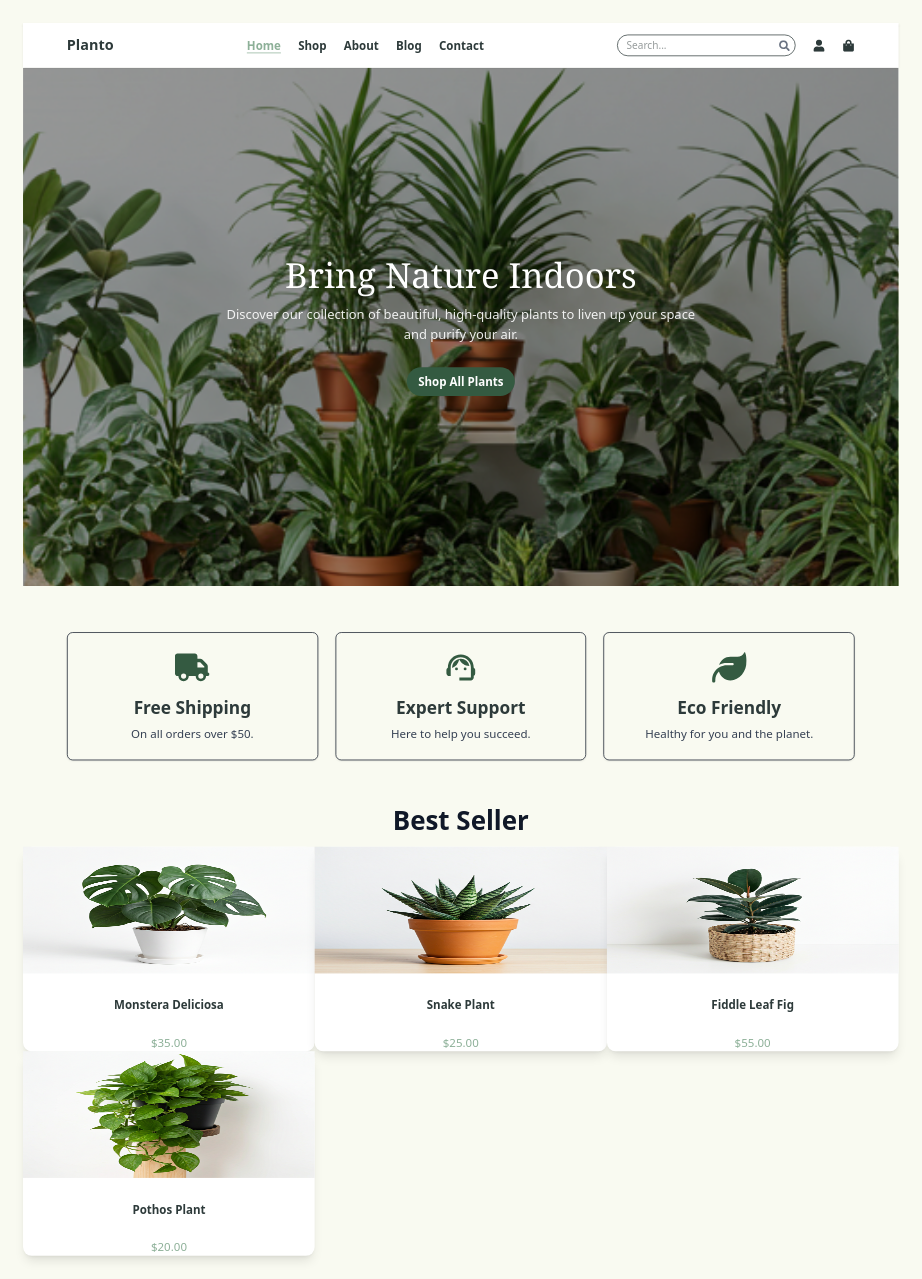
Repository: mazenessam99/Planto
Page: /
The author's editor kept a copy of each file at every save. The page is drawn from the files as they stood at one save, then again after the next save.
The browser window is 1280 px wide. The pictures show the whole page, at 72% of full size.
The project was rebuilt for these pictures with package versions that can differ from the ones it lists, and the page was loaded fresh each time. Also part of the build but not shown: vite.config.js.

Above is the page before, as saved 2025-11-22 23:05:21.

### index.html
<!doctype html>
<html lang="en">
  <head>
    <meta charset="UTF-8" />
    <link rel="icon" type="image/svg+xml" href="/vite.svg" />
    <meta name="viewport" content="width=device-width, initial-scale=1.0" />
    <title>plants_website</title>
  </head>
  <body>
    <div id="root"></div>
    <script type="module" src="/src/main.jsx"></script>
  </body>
</html>

### src/index.css
@import "tailwindcss";
@import "tailwindcss/theme" layer(theme);
@theme {
  --color-primary: #2D3A3A;
  --color-forest:#386641;
  --color-green:#345A41;
  --color-secondary: #8DB098;
  --color-Terracotta: #C27357;
  --color-sky:#B0D0D3;
  --font-cairo: "Cairo", sans-serif;
  --spacing-128: 32rem;
}

/* ----- BASE ----- */
@layer base {
  body {
    @apply  bg-[#F9FAF1] text-gray-900;
  }
}

/* ----- COMPONENTS ----- */
@layer components {
  .btn {
    @apply bg-primary text-white px-4 py-2 rounded-full cursor-pointer ;
  }
  .btn-green{
    @apply bg-green ;
  }

  .card {
    @apply bg-white p-6 rounded-xl shadow;
  }

}
/* Scrollbar width */
::-webkit-scrollbar {
  width: 8px;
}

/* Scrollbar track  */
::-webkit-scrollbar-track {
  background: #2D3A3A;
  border-radius: 8px;
}

/* Scrollbar thumb  */
::-webkit-scrollbar-thumb {
  background-color: #8DB098;
  border-radius: 8px;
}

::-webkit-scrollbar-thumb:hover {
  background-color: #789983;
}

.container{
  width:90%;
  margin:0 auto;
}

### src/App.jsx

import './App.css'
import Button from './components/ui/Button'
import Home from './pages/Home'

function App() {


  return (
    <>
      <Home/>


    </>
  )
}

export default App

### src/components/ui/Button.jsx
const Button = ({ children, className = "",variant="", ...props }) => {
    return (
        <button className={`btn btn-${variant} ${className}`} {...props}>
            {children}
        </button>
    )
}

export default Button

### src/pages/Home.jsx
import BestSeller from '../components/layout/BestSeller'
import DeliveryCard from '../components/layout/DeliveryCard'
import Hero from '../components/layout/Hero'
import Navbar from '../components/layout/Navbar'

const Home = () => {
  return (
    <div>
        <Navbar/>
        <Hero/>
        <DeliveryCard/>
        <BestSeller/>
    </div>
  )
}

export default Home

### src/components/layout/BestSeller.jsx
import React from 'react'
import { BESTSELLER_CARDS } from '../../utils/constants';
import ProductCard from '../ui/ProductCard';

const BestSeller = () => {
  return (
    <section>
        <h2 className="text-4xl text-center font-bold mb-4">Best Seller</h2>
        <div className='grid grid-cols-1 sm:grid-cols-2 lg:grid-cols-3 gap-'>
            {BESTSELLER_CARDS.map((card,index)=>(
                <ProductCard src={card.src} title={card.title} price={card.price}/>
        ))}
        </div>

    </section>
  )
}

export default BestSeller;

### src/components/layout/DeliveryCard.jsx
import { motion } from "framer-motion";
import { DELIVERY_CARDS } from "../../utils/constants";
import { FaTruck, FaLeaf } from "react-icons/fa6";
import { MdSupportAgent } from "react-icons/md";

const icons = {
  truck: <FaTruck />,
  support: <MdSupportAgent />,
  leaf: <FaLeaf />,
};

const DeliveryCards = () => {
  return (
    <section className="container py-16">
      <div className="grid grid-cols-1 sm:grid-cols-2 lg:grid-cols-3 gap-6">
        {DELIVERY_CARDS.map((card, index) => (
          <div key={card.id} className="flex flex-col items-center justify-center text-center p-6 border rounded-lg shadow hover:shadow-lg  transition">
            <div className="text-5xl text-green">
              {icons[card.icon]}
            </div>
            <h3 className="mt-4 mb-2 font-bold text-xl md:text-2xl text-primary">{card.title}</h3>
            <p className="text-gray-700 ">{card.desc}</p>
          </div>
        ))}

      </div>
    </section>
  );
};

export default DeliveryCards;

### src/components/layout/Hero.jsx
import { motion } from "framer-motion";
import HeroImg from "../../assets/images/Hero.png";
import Button from "../ui/Button";

const Hero = () => {
  return (
    <section
      className="relative h-screen overflow-hidden"
    >

      <motion.div
        className="absolute inset-0 bg-cover bg-center"
        style={{ backgroundImage: `url(${HeroImg})` }}
        animate={{ scale: [1, 1.05, 1] }}
        transition={{ duration: 10, repeat: Infinity, ease: "easeInOut" }}
      />

      {/* Overlay */}
      <div className="absolute inset-0 bg-black/40"></div>

      <div className="relative z-10 flex flex-col items-center justify-center h-full px-4 md:px-0 space-y-4 text-center">
        <motion.h1
          initial={{ y: -20, opacity: 0 }}
          animate={{ y: 0, opacity: 1 }}
          transition={{ duration: 0.8 }}
          className="text-white text-2xl md:text-4xl lg:text-5xl font-serif"
        >
          Bring Nature Indoors
        </motion.h1>

        <motion.h2
          initial={{ y: 20, opacity: 0 }}
          animate={{ y: 0, opacity: 1 }}
          transition={{ duration: 0.8, delay: 0.3 }}
          className="text-white/90 text-sm md:text-base lg:text-lg max-w-2xl font-normal"
        >
          Discover our collection of beautiful, high-quality plants to liven up your space and purify your air.
        </motion.h2>

        <motion.div
          initial={{ scale: 0.8, opacity: 0 }}
          animate={{ scale: 1, opacity: 1 }}
          transition={{ duration: 0.5, delay: 0.6 }}
        >
          <Button className="btn-green font-bold mt-4">Shop All Plants</Button>
        </motion.div>
      </div>
    </section>
  );
};

export default Hero;

### src/components/layout/Navbar.jsx
import { useState } from "react";
import { NavLink } from "react-router-dom";
import { NAVBAR_LINKS } from "../../utils/constants";
import { FaBars, FaSearch, FaUser, FaShoppingBag } from "react-icons/fa";
import { IoClose } from "react-icons/io5";
import { motion, AnimatePresence } from "framer-motion";

const Navbar = () => {
    const [menuOpen, setMenuOpen] = useState(false);

    return (
        <nav className="bg-white shadow sticky top-0 z-50 ">
            <div className="container flex justify-between items-center py-4">
                {/* Logo */}
                <a href="/" className="text-primary text-xl font-bold">Planto</a>

                {/* Desktop Links */}
                <ul className="hidden md:flex gap-6 items-center">
                    {NAVBAR_LINKS.map((link) => (
                        <li key={link.id}>
                            <NavLink
                                to={link.path}
                                className={({ isActive }) =>
                                    `text-primary font-semibold transition hover:text-secondary
                                ${isActive ? "text-secondary underline underline-offset-4" : ""}`
                                }
                            >
                                {link.label}
                            </NavLink>
                        </li>
                    ))}
                </ul>

                {/* Desktop Icons + Search */}
                <div className="hidden md:flex gap-6 items-center text-primary">
                    {/* Search input */}
                    <div className="relative">
                        <input
                            type="text"
                            placeholder="Search..."
                            className="border rounded-full pl-3 pr-8 py-1 text-sm focus:outline-none focus:ring-2 focus:ring-secondary"
                        />
                        <FaSearch size={15} className="absolute right-2 top-2 text-gray-500" />
                    </div>

                    <FaUser size={17} className="cursor-pointer hover:text-secondary" />
                    <FaShoppingBag size={17} className="cursor-pointer hover:text-secondary" />
                </div>

                {/* Mobile menu button */}
                <button
                    className="md:hidden text-primary"
                    onClick={() => setMenuOpen(true)}
                    aria-label="Open menu"
                    aria-expanded={menuOpen}
                >
                    <FaBars size={22} />
                </button>
            </div>

            {/* Mobile overlay + drawer (AnimatePresence for exit animation) */}
            <AnimatePresence>
                {menuOpen && (
                    <motion.div
                        className="md:hidden fixed inset-0 z-40"
                        initial={{ opacity: 0 }}
                        animate={{ opacity: 1 }}
                        exit={{ opacity: 0 }}
                        onClick={() => setMenuOpen(false)}
                    >
                        {/* Drawer */}
                        <motion.div
                            className="bg-white w-72 h-full shadow-lg p-6"
                            initial={{ x: "-100%" }}
                            animate={{ x: 0 }}
                            exit={{ x: "-100%" }}
                            transition={{ type: "linear", duration: 0.4 }}
                            onClick={(e) => e.stopPropagation()}
                        >
                            {/* Close */}
                            <div className="flex justify-between items-center mb-6">
                                <a href="/" className="text-lg font-bold text-primary">Planto</a>
                                <button onClick={() => setMenuOpen(false)} aria-label="Close menu">
                                    <IoClose size={26} className="text-primary" />
                                </button>
                            </div>

                            {/* Mobile Search */}
                            <div className="mb-4">
                                <div className="relative">
                                    <input
                                        type="text"
                                        placeholder="Search..."
                                        className="w-full border rounded-full pl-3 pr-8 py-2 text-sm focus:outline-none focus:ring-2 focus:ring-secondary"
                                    />
                                    <FaSearch size={15} className="absolute right-3 top-3 text-gray-500" />
                                </div>
                            </div>

                            {/* Links */}
                            <ul className="flex flex-col gap-4 text-primary font-semibold">
                                {NAVBAR_LINKS.map((link) => (
                                    <li key={link.id}>
                                        <NavLink
                                            to={link.path}
                                            onClick={() => setMenuOpen(false)}
                                            className={({ isActive }) =>
                                                `block py-2 ${isActive ? "text-secondary" : ""}`
                                            }
                                        >
                                            {link.label}
                                        </NavLink>
                                    </li>
                                ))}
                            </ul>

                            {/* Icons */}
                            <div className="flex gap-4 mt-6 text-primary">
                                <FaUser size={18} />
                                <FaShoppingBag size={18} />
                            </div>
                        </motion.div>
                    </motion.div>
                )}
            </AnimatePresence>
        </nav>
    );
};

export default Navbar;

### src/utils/constants.js
import img1 from "../../src/assets/images/Featured_1.png";
import img2 from "../../src/assets/images/Featured_2.png";
import img3 from "../../src/assets/images/Featured_3.png";
import img4 from "../../src/assets/images/Featured_4.png";
// Navbar_Links
export const NAVBAR_LINKS = [
    { id: 1, label: 'Home', path: '/' },
    { id: 2, label: 'Shop', path: '/shop' },
    { id: 3, label: 'About', path: '/about' },
    { id: 4, label: 'Blog', path: '/blog' },
    { id: 5, label: 'Contact', path: '/contact' },
];

// Delivery_Cards
export const DELIVERY_CARDS = [
    { id: 1, icon: "truck", title: "Free Shipping", desc: "On all orders over $50." },
    { id: 2, icon: "support", title: "Expert Support", desc: "Here to help you succeed." },
    { id: 3, icon: "leaf", title: "Eco Friendly", desc: "Healthy for you and the planet." },
];

// BESTSELLER_CARDS
export const BESTSELLER_CARDS=[
    {id:1,src:img1,title:'Monstera Deliciosa',price:'$35.00'},
    {id:2,src:img2,title:'Snake Plant',price:'$25.00'},
    {id:3,src:img3,title:'Fiddle Leaf Fig',price:'$55.00'},
    {id:4,src:img4,title:'Pothos Plant',price:'$20.00'}
]

### src/components/ui/ProductCard.jsx
import Button from "./Button";

const ProductCard = ({src,title,price,showButton=false,buttonText='Add To Cart'}) => {
  return (
    <div className="bg-white rounded-xl shadow-lg flex flex-col items-center justify-center space-y-4">
      <div className="w-full h-44 ">
        <img src={src} className="w-full h-full"/>
      </div>
      <h3 className="mt-4 font-bold text-primary">{title}</h3>
      <p className="mt-3 text-secondary">{price}</p>
      {showButton&&(
        <Button className="my-3 w-full"/>
      )}

    </div>
  )
}

export default ProductCard;

Loaded but not shown: src/main.jsx (common file); src/App.css (common file)

After the next save:
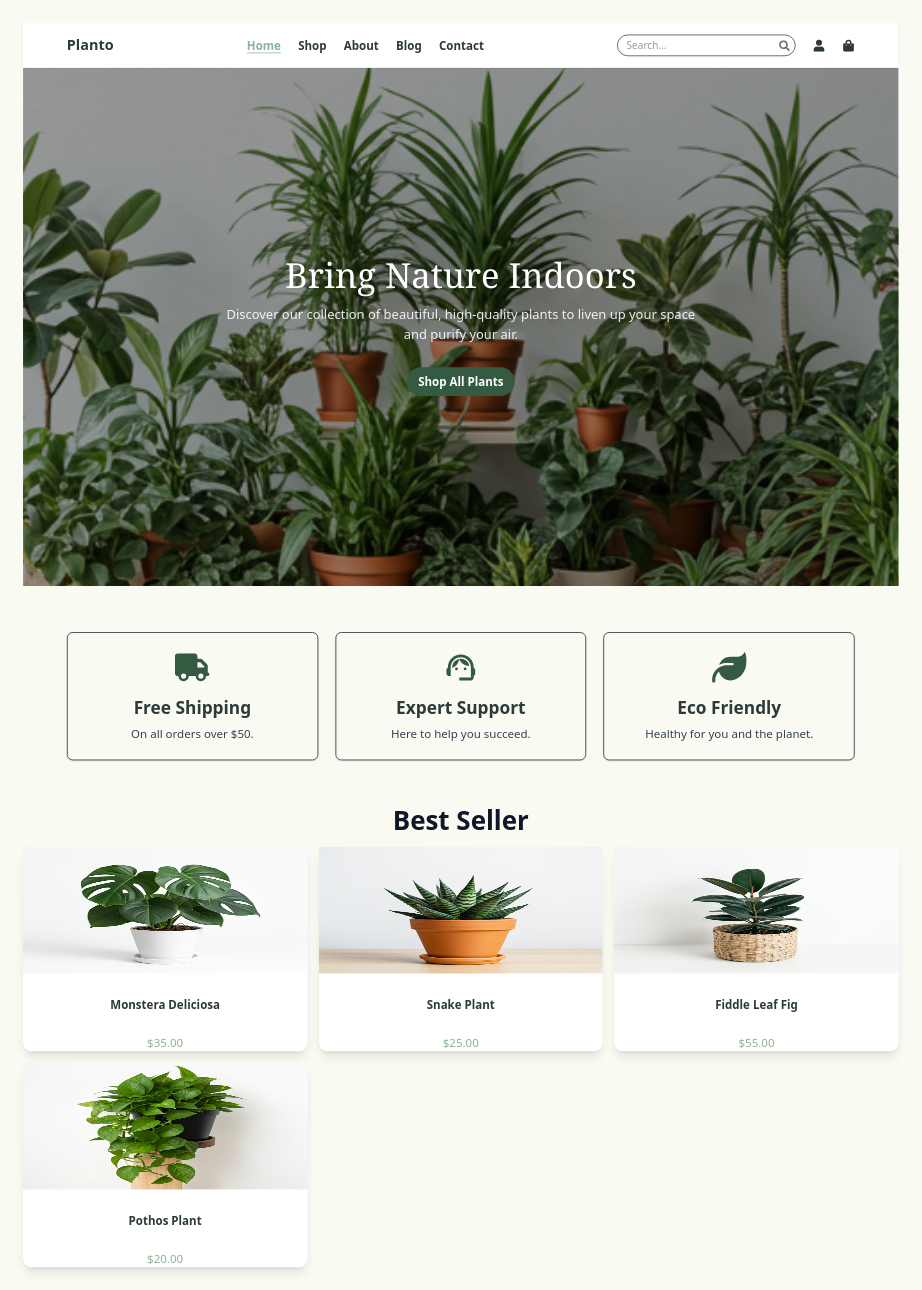
Saved 1 s later.
--- a/src/components/layout/BestSeller.jsx
+++ b/src/components/layout/BestSeller.jsx
@@ -6,7 +6,7 @@ const BestSeller = () => {
   return (
     <section>
         <h2 className="text-4xl text-center font-bold mb-4">Best Seller</h2>
-        <div className='grid grid-cols-1 sm:grid-cols-2 lg:grid-cols-3 gap-'>
+        <div className='grid grid-cols-1 sm:grid-cols-2 lg:grid-cols-3 gap-4'>
             {BESTSELLER_CARDS.map((card,index)=>(
                 <ProductCard src={card.src} title={card.title} price={card.price}/>
         ))}
